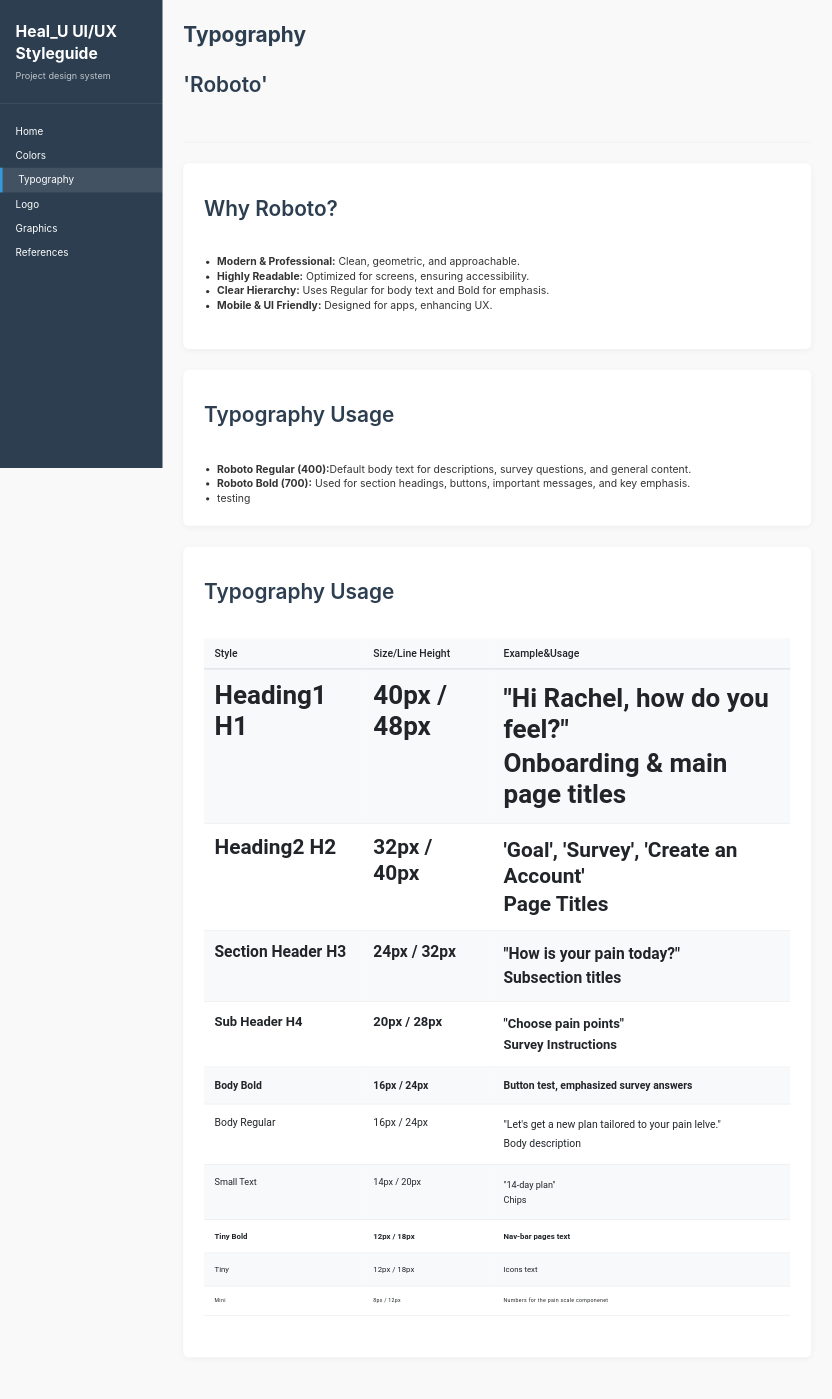
Repository: rosielee09/Heal_U
Page: typography.html
An editor plug-in stored every save of this project. The page is shown before and after the next save, followed by the edit.
The browser window is 1280 px wide. The pictures show the whole page, at 65% of full size.

Above is the page before, as saved 2025-04-06 10:20:33.

After the next save:
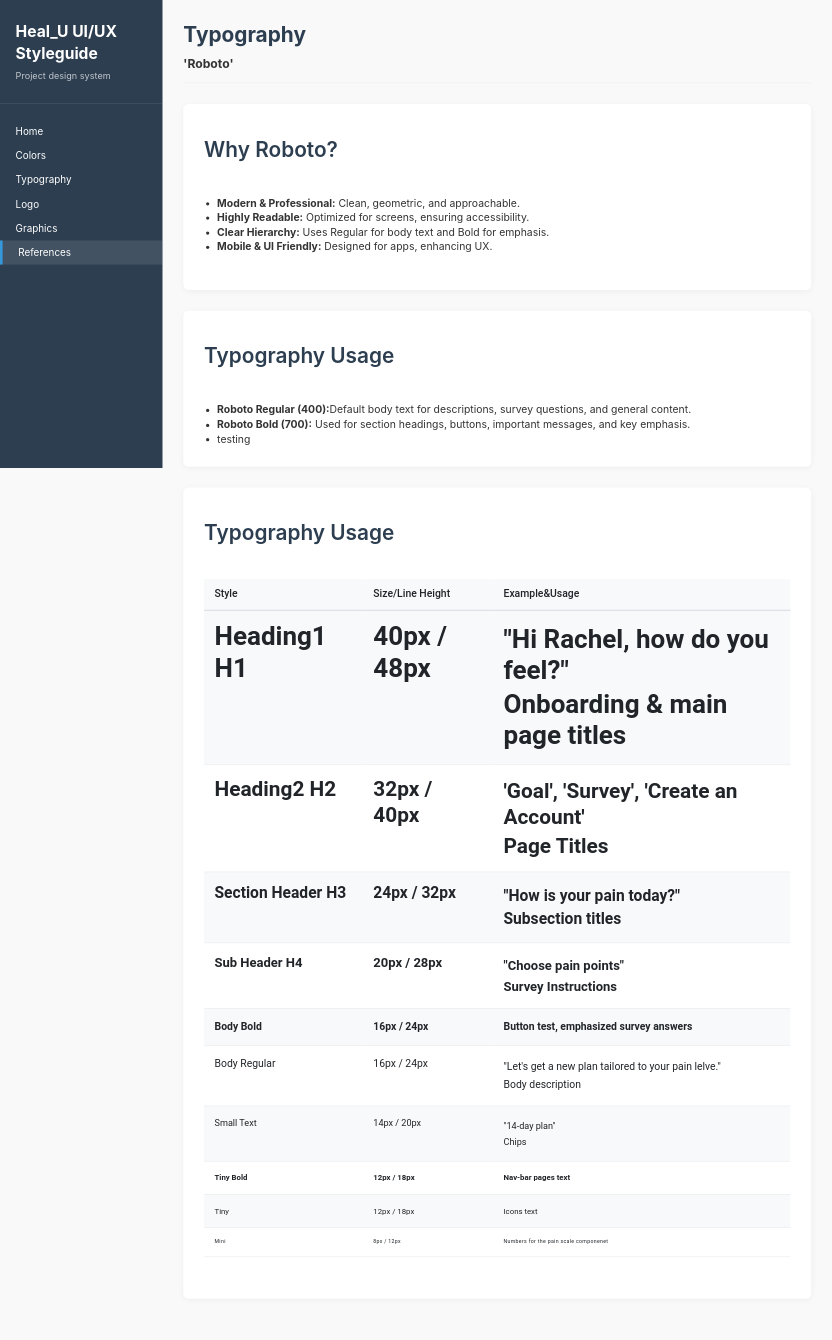
Saved 55 s later.
--- a/typography.html
+++ b/typography.html
@@ -18,10 +18,10 @@
             <ul class="nav">
                 <li><a href="index.html">Home</a></li>
                 <li><a href="colors.html">Colors</a></li>
-                <li  class="active"><a href="typography.html">Typography</a></li>
+                <li><a href="typography.html">Typography</a></li>
                 <li><a href="logo.html">Logo</a></li>
                 <li><a href="graphics.html">Graphics</a></li>
-                <li><a href="references.html">References</a></li>
+                <li class="active"><a href="references.html">References</a></li>
             </ul>
         </div>
 
@@ -29,7 +29,7 @@
         <div class="content">
             <header class="page-header">
                 <h2>Typography</h2>
-                <h3 class="component-title">'Roboto'</h3>
+                <h3 class="component-title-typography">'Roboto'</h3>
             </header>
 
             <div class="component">
